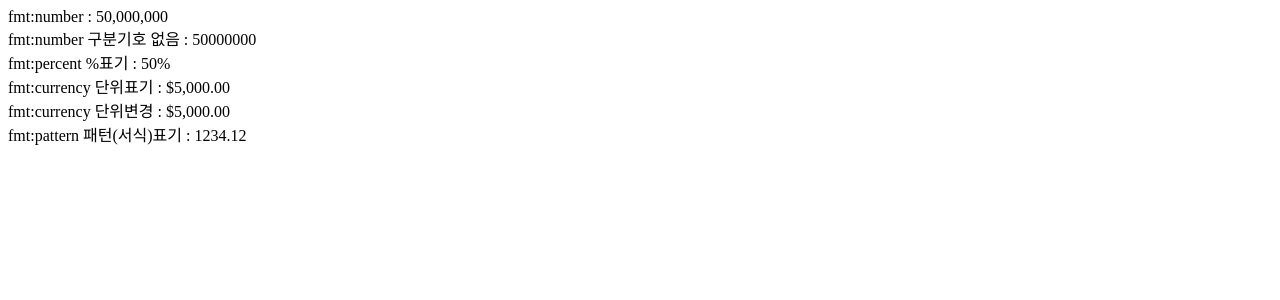
Repository: UnibusK/Java-Study
Page: http://localhost/JSP32/
An editor plug-in stored every save of this project. The page is shown before and after the next save, followed by the edit.
The browser window is 1280 px wide. The pictures show the whole page.
The page is served by Tomcat 9.

Above is the page before, as saved 2023-12-07 07:24:31.

### JSP/JSP32/src/main/webapp/index.jsp
<%@ page language="java" contentType="text/html; charset=UTF-8"
    pageEncoding="UTF-8"%>
<%@ taglib uri="http://java.sun.com/jsp/jstl/core" prefix="c" %>
<%--포멧 태그 불러오기 --%>
<%@ taglib uri="http://java.sun.com/jsp/jstl/fmt" prefix="fmt" %>
<!DOCTYPE html>
<html>
	<head>
		<meta charset="UTF-8">
		<title>JSTL 포멧태그 사용</title>
	</head>
	<body>
		<c:set var="num" value="50000000" scope="page"></c:set>
		<%-- 표시만 문자가 섞여서 나오는 것일 뿐, 실제 데이터는 숫자 --%>
		fmt:number : <fmt:formatNumber value="${num }" type="number"></fmt:formatNumber><br>
		fmt:number 구분기호 없음 : <fmt:formatNumber value="${num }" type="number" groupingUsed="false"></fmt:formatNumber><br>
		fmt:percent %표기 : <fmt:formatNumber value="0.5" type="percent"></fmt:formatNumber><br>
		fmt:currency 단위표기 : <fmt:formatNumber value="5000" type="currency"></fmt:formatNumber><br>
		<%--한국데이터이기 때문에 \로 표시되기 때문에 내용을 $등 으로 바꿀 때 사용 --%>
		fmt:currency 단위변경 : <fmt:formatNumber value="5000" type="currency" currencySymbol="$"></fmt:formatNumber><br>
		<%-- 소수점 표시 #까지 반올림해서 표시 --%>
		<%-- 해당 자리숫자보다 작을 경우, #자리는 포함하지 않고 소수점 첫번째까지만 표현함 --%>
		<%-- 0.00으로 사용할 경우 해당 자릿수까지 표현 --%>
		fmt:pattern 패턴(서식)표기 : <fmt:formatNumber value="1234.123" pattern="0.0#"></fmt:formatNumber><br>
		<!-- 0.0# : .아래로 0이 붙은 자릿수까지 표현하며 #자리는 데이터가 있는 경우에만 표현한다. -->
		<!-- 0,00 : 숫자 2자리마다 ,가 붙게 됨 -->
	</body>
</html>

After the next save:
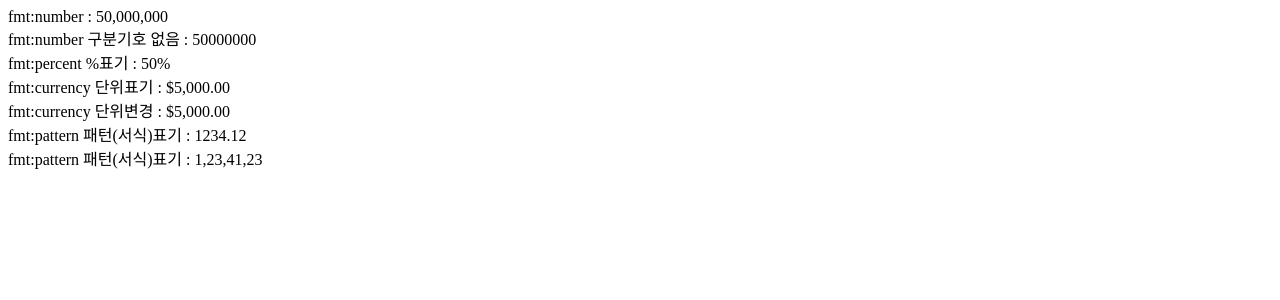
Saved 25 s later.
--- a/JSP/JSP32/src/main/webapp/index.jsp
+++ b/JSP/JSP32/src/main/webapp/index.jsp
@@ -22,6 +22,7 @@
 		<%-- 해당 자리숫자보다 작을 경우, #자리는 포함하지 않고 소수점 첫번째까지만 표현함 --%>
 		<%-- 0.00으로 사용할 경우 해당 자릿수까지 표현 --%>
 		fmt:pattern 패턴(서식)표기 : <fmt:formatNumber value="1234.123" pattern="0.0#"></fmt:formatNumber><br>
+		fmt:pattern 패턴(서식)표기 : <fmt:formatNumber value="1234123" pattern="0,00"></fmt:formatNumber><br>
 		<!-- 0.0# : .아래로 0이 붙은 자릿수까지 표현하며 #자리는 데이터가 있는 경우에만 표현한다. -->
 		<!-- 0,00 : 숫자 2자리마다 ,가 붙게 됨 -->
 	</body>
